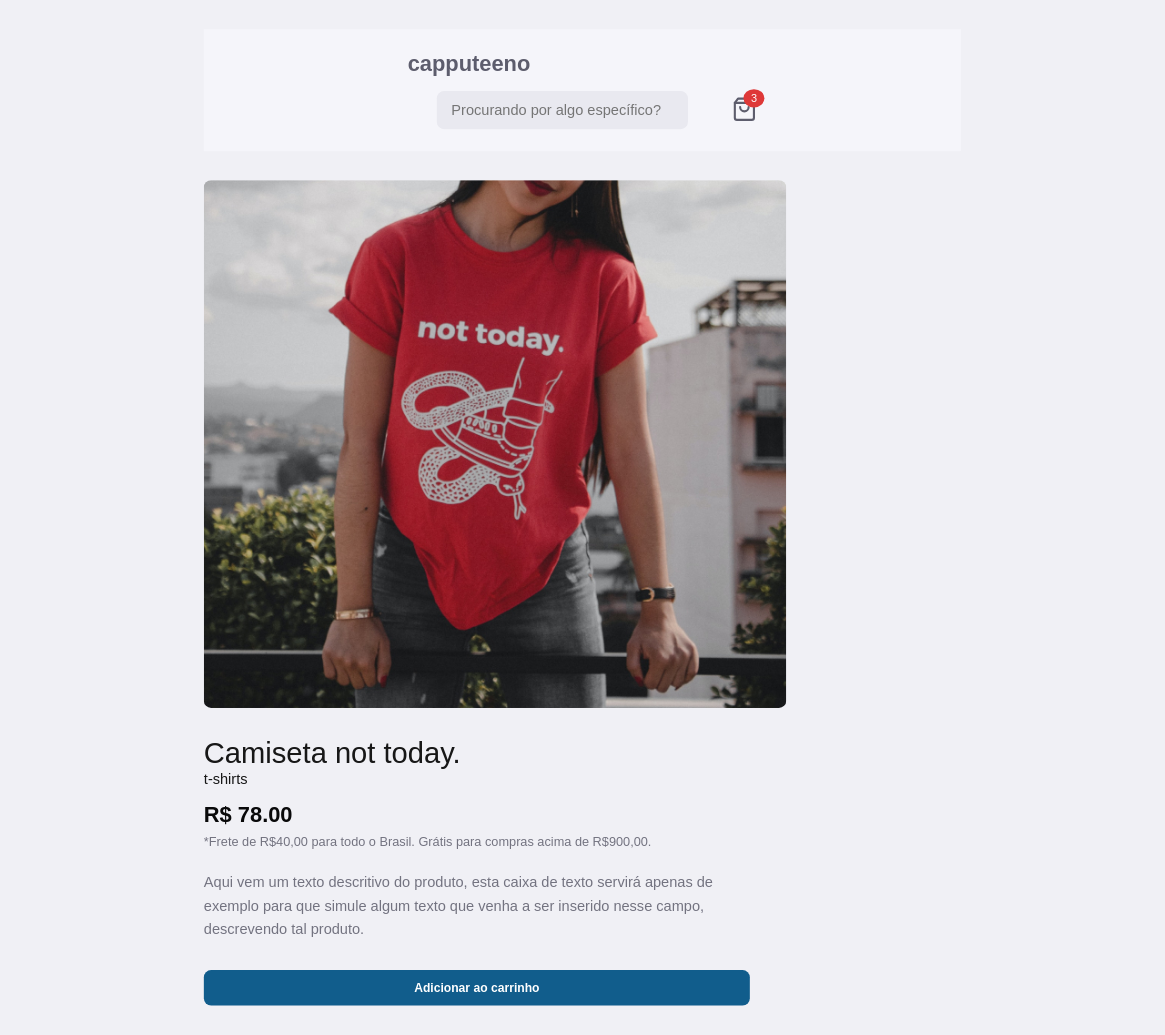
Repository: Biel-barbosa/capputeenoecomerce
Page: /product/1
The author's editor kept a copy of each file at every save. The page is drawn from the files as they stood at one save, then again after the next save.
The browser window is 1280 px wide. The pictures show the whole page, at 91% of full size.
The project was rebuilt for these pictures with package versions that can differ from the ones it lists, and the page was loaded fresh each time. The framework's server and built-in components were replaced by stand-ins that run in the browser. Also part of the build but not shown: next.config.ts.

Above is the page before, as saved 2025-04-23 12:52:45.

After the next save:
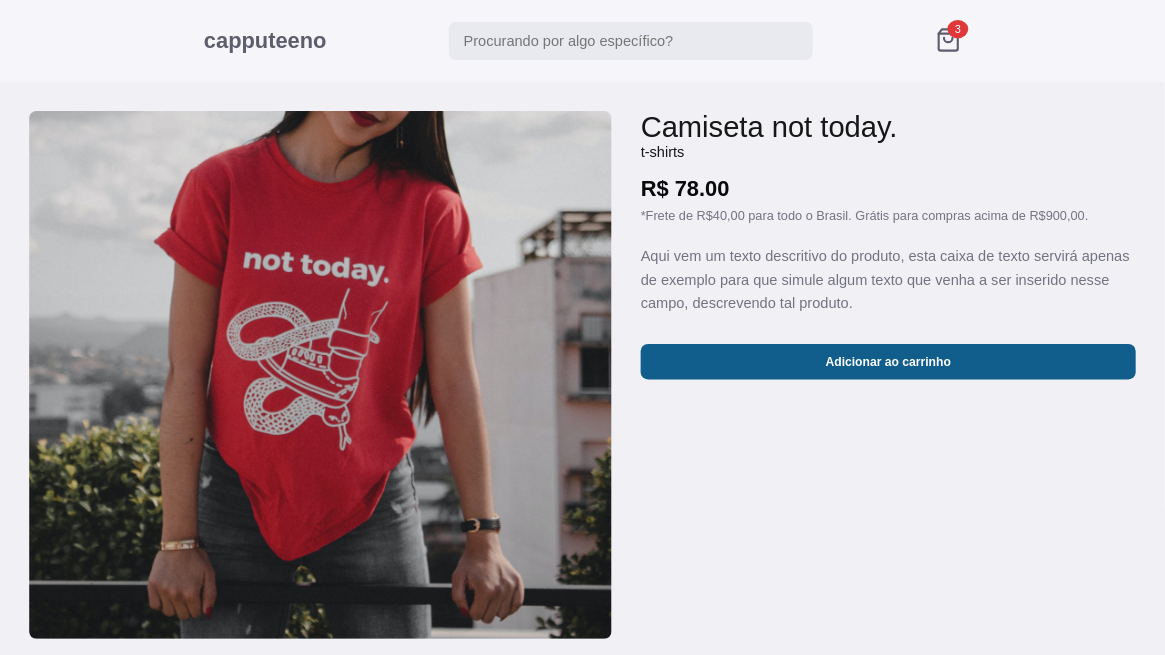
Saved 2 min 5 s later.
--- a/src/app/product/[id]/page.tsx
+++ b/src/app/product/[id]/page.tsx
@@ -3,19 +3,27 @@
 import { useParams } from 'next/navigation';
 import styled from 'styled-components';
 import { products, Product } from '@/data/products';
-import Header from '@/components/Header'
+import Header from '@/components/Header';
+
+const PageWrapper = styled.div`
+  background-color: #f0f0f5;
+  min-height: 100vh;
+`;
 
 const Container = styled.div`
-  padding: 2rem 14rem ;
+  max-width: 1440px;
+  margin: 2rem auto;
+  padding: 0 2rem;
   display: flex;
   gap: 2rem;
   flex-wrap: wrap;
-   background-color: #f0f0f5;
+  justify-content: space-between;
 `;
 
 const Image = styled.img`
-  width: 640px;
-  max-width: 100%;
+  width: 100%;
+  max-width: 640px;
+  height: auto;
   object-fit: cover;
   border-radius: 8px;
   background: #f3f3f3;
@@ -26,6 +34,7 @@ const Info = styled.div`
   flex-direction: column;
   justify-content: flex-start;
   max-width: 600px;
+  flex: 1;
 `;
 
 const Title = styled.h1`
@@ -82,24 +91,26 @@ export default function ProductDetailPage() {
     };
 
     return (
-        <Container>
-            <Header/>
-            <Image src={product.image} alt={product.title} />
-            <Info>
-                <Title>{product.title}</Title>
-                <span>{product.category}</span>
-                <Price>R$ {product.price.toFixed(2)}</Price>
-                <Freight>
-                    *Frete de R$40,00 para todo o Brasil. Grátis para compras acima de R$900,00.
-                </Freight>
-                <Description>
-                    Aqui vem um texto descritivo do produto, esta caixa de texto servirá apenas de exemplo
-                    para que simule algum texto que venha a ser inserido nesse campo, descrevendo tal produto.
-                </Description>
-                <Button onClick={handleAddToCart}>
-                    Adicionar ao carrinho
-                </Button>
-            </Info>
-        </Container>
+        <PageWrapper>
+            <Header />
+            <Container>
+                <Image src={product.image} alt={product.title} />
+                <Info>
+                    <Title>{product.title}</Title>
+                    <span>{product.category}</span>
+                    <Price>R$ {product.price.toFixed(2)}</Price>
+                    <Freight>
+                        *Frete de R$40,00 para todo o Brasil. Grátis para compras acima de R$900,00.
+                    </Freight>
+                    <Description>
+                        Aqui vem um texto descritivo do produto, esta caixa de texto servirá apenas de exemplo
+                        para que simule algum texto que venha a ser inserido nesse campo, descrevendo tal produto.
+                    </Description>
+                    <Button onClick={handleAddToCart}>
+                        Adicionar ao carrinho
+                    </Button>
+                </Info>
+            </Container>
+        </PageWrapper>
     );
 }
